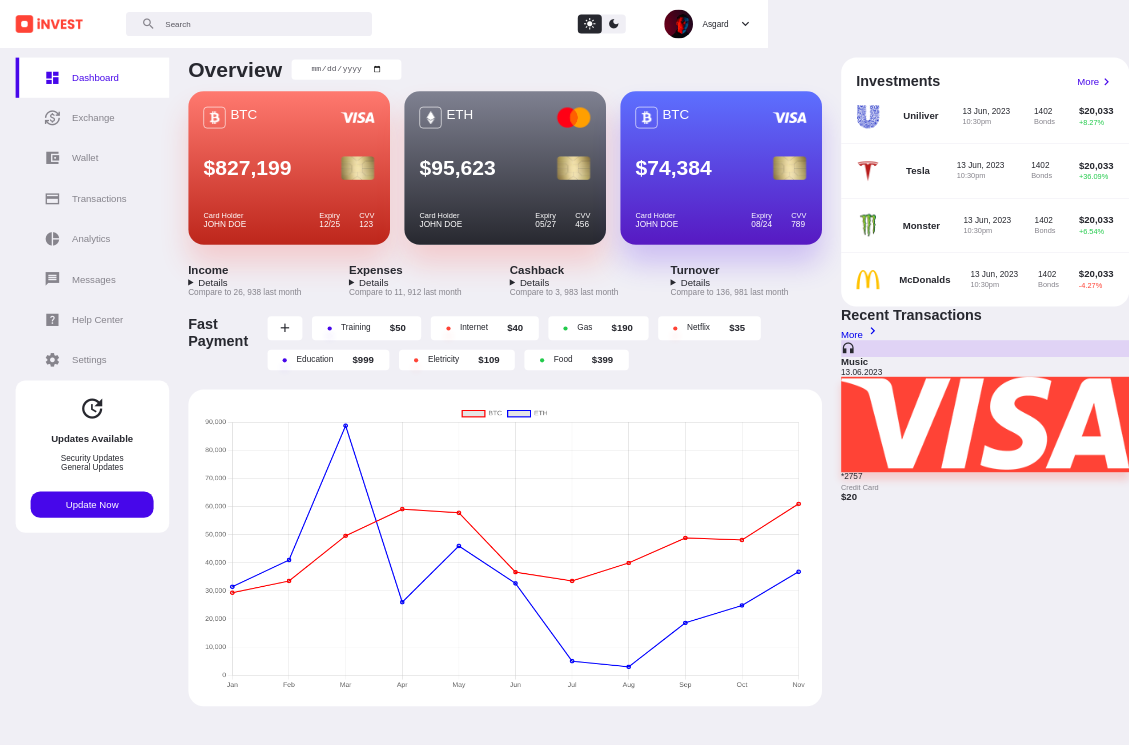
Repository: eziocdl/Admin_Dash
Page: index.html
An editor plug-in stored every save of this project. The page is shown before and after the next save, followed by the edit.
The browser window is 1280 px wide. The page is 1882 px wide, so the pictures cover 1882 px, including what lies to the right of the window. The pictures show the whole page, at 60% of full size.
Some web libraries are served in a nearby version.

Above is the page before, as saved 2023-06-15 10:42:31.

### index.html
<!DOCTYPE html>
<html lang="pt-BR">
<head>
    <meta charset="UTF-8">
    <meta http-equiv="X-UA-Compatible" content="IE=edge">
    <meta name="viewport" content="width=device-width, initial-scale=1.0">
    <title>DashBoard Responsiva</title>
    <!--MATERIAL ICONS CDN-->
    <link href="https://fonts.googleapis.com/icon?family=Material+Icons+Sharp" rel="stylesheet">
    <!--GOOGLE FONTES (POPPINS)-->
    <link rel="preconnect" href="https://fonts.googleapis.com">
<link rel="preconnect" href="https://fonts.gstatic.com" crossorigin>
<link href="https://fonts.googleapis.com/css2?family=Poppins:wght@300;400;500;600;700&display=swap"
   rel="stylesheet">
    <!--STYLESHEET-->
<link rel="stylesheet" href="style.css">
</head>
<body>
    <!--NAVEGACAO-->
    <nav>
        <div class="container">
            <img src="./images/logo.png" class="logo">
            <div class="search-bar">
                <span class="material-icons-sharp">search</span>
                <input type="search" placeholder="Search">
            </div>
            <div class="profile-area">
                <div class="theme-btn">
                    <span class="material-icons-sharp active">light_mode</span>
                    <span class="material-icons-sharp">dark_mode</span>
            </div>
            <div class="profile">
                    <div class="profile-photo">
                        <img src="./images/profile-1.jpg">
                    </div>
                    <h5>Asgard</h5>
                    <span class="material-icons-sharp">expand_more</span>
            </div>
            <button id="menu-btn">
                    <span class="material-icons-sharp">menu</span>
                </button>

            </div>

        </div>
    </nav>
    <!--FINAL DA NAVEGACAO-->

    <main>
        <aside>
            <button id="close-btn">
                <span class="material-icons-sharp">close</span>

            </button>

            <div class="sidebar">
                <a href="#" class="active">
                    <span class="material-icons-sharp">dashboard</span>
                    <h4>Dashboard</h4>
                </a>

                <a href="#">
                    <span class="material-icons-sharp">currency_exchange</span>
                    <h4>Exchange</h4>
                </a>

                <a href="#">
                    <span class="material-icons-sharp">account_balance_wallet</span>
                    <h4>Wallet</h4>
                </a>

                <a href="#">
                    <span class="material-icons-sharp">payment</span>
                    <h4>Transactions</h4>
                </a>

                <a href="#">
                    <span class="material-icons-sharp">pie_chart</span>
                    <h4>Analytics</h4>
                </a>

                <a href="#">
                    <span class="material-icons-sharp">message</span>
                    <h4>Messages</h4>
                </a>

                <a href="#">
                    <span class="material-icons-sharp">help_center</span>
                    <h4>Help Center</h4>
                </a>

                <a href="#">
                    <span class="material-icons-sharp">settings</span>
                    <h4>Settings</h4>
                </a>
            </div>
            <!------------------FINAL DO SIDEBAR------------------------------------------------>
            <div class="updates">
                <span class="material-icons-sharp">update</span>
                    <h4>Updates Available</h4>
                    <p>Security Updates</p>
                    <p>General Updates</p>
                    <a href="#">Update Now</a>
            </div>
        </aside>
        <!--FINAL DO ASIDE-->

        <section class="middle">
            <div class="header">
                <h1>Overview</h1>
                <input type="date">
            </div>

            <div class="cards">
                <div class="card">
                    <div class="top">
                        <div class="left">
                            <img src="./images/BTC.png">
                            <h2>BTC</h2>
                        </div>
                        <img src="./images/visa.png" class="right">
                    </div>

                    <div class="middle">
                             <h1>$827,199</h1>
                             <div class="chip">
                               <img src="./images/card chip.png">
                            </div>
                    </div>

                    <div class="bottom">
                        <div class="left">
                           <small>Card Holder</small>
                           <h5>JOHN DOE</h5>
                        </div>

                        <div class="right">
                            <div class="expiry">
                                <small>Expiry</small>
                                <h5>12/25</h5>
                            </div>
                            <div class="cvv">
                                <small>CVV</small>
                                <h5>123</h5>
                            </div>
                        </div>
                    </div>
                </div>
                <!-------------------FINAL DO CARTAO------------------------------------------------->
                <div class="card">
                    <div class="top">
                        <div class="left">
                            <img src="./images/ETH.png">
                            <h2>ETH</h2>
                        </div>
                        <img src="./images/master card.png" class="right">
                    </div>

                    <div class="middle">
                        <h1>$95,623</h1>
                        <div class="chip">
                            <img src="./images/card chip.png">
                        </div>
                    </div>

                    <div class="bottom">
                        <div class="left">
                           <small>Card Holder</small>
                           <h5>JOHN DOE</h5>
                        </div>

                        <div class="right">
                            <div class="expiry">
                                <small>Expiry</small>
                                <h5>05/27</h5>
                            </div>
                            <div class="cvv">
                                <small>CVV</small>
                                <h5>456</h5>
                            </div>
                        </div>
                    </div>
                </div>
                <!-------------------FINAL DO CARTAO 1------------------------------------------------->

                <div class="card">
                    <div class="top">
                        <div class="left">
                            <img src="./images/BTC.png">
                            <h2>BTC</h2>
                        </div>
                     <img src="./images/visa.png" class="right">
                    </div>

                    <div class="middle">
                        <h1>$74,384</h1>
                        <div class="chip">
                            <img src="./images/card chip.png">
                        </div>

                    </div>

                    <div class="bottom">
                        <div class="left">
                           <small>Card Holder</small>
                           <h5>JOHN DOE</h5>
                        </div>

                        <div class="right">
                            <div class="expiry">
                                <small>Expiry</small>
                                <h5>08/24</h5>
                            </div>
                            <div class="cvv">
                                <small>CVV</small>
                                <h5>789</h5>
                            </div>
                        </div>
                    </div>
                </div>
                <!-------------------FINAL DO CARTAO 2------------------------------------------------->
            </div>

            <!-------------------FINAL DOS CARDS-------------------------------------------------->
            <div class="monthly-report">
                <div class="report">
                     <h3>Income</h3>
                     <div>
                        <details>
                            <h1>29,023</h1>
                            <h6 class="success">+3.5%</h6>
                        </details>
                        <p class="text-muted">Compare to 26,
                        938 last month</p>
                     </div>
                </div>
               <!-- END OF INCOME REPORT--->
                <div class="report">
                    <h3>Expenses</h3>
                    <div>
                       <details>
                           <h1>9,005</h1>
                           <h6 class="danger">-6.5%</h6>
                       </details>
                       <p class="text-muted">Compare to 11,
                       912 last month</p>
                    </div>
               </div>
               <!-- END OF EXPENSES REPORT --->
               <div class="report">
                     <h3>Cashback</h3>
                     <div>
                        <details>
                            <h1>4,7004</h1>
                            <h6 class="success">+7.5%</h6>
                        </details>
                        <p class="text-muted">Compare to 3,
                        983 last month</p>
                     </div>
                </div>
                <!-- END OF CASHBACK REPORT --->
                <div class="report">
                     <h3>Turnover</h3>
                     <div>
                        <details>
                            <h1>118,900</h1>
                            <h6 class="danger">+17.8%</h6>
                        </details>
                        <p class="text-muted">Compare to 136,
                        981 last month</p>
                     </div>
                </div>
                <!-- END OF TURNOVER REPORT --->
            </div>

            <!--END OF MONTLY REPORT-->
            <div class="fast-payment">
                 <h2>Fast Payment</h2>
                 <div class="badges">
                      <div class="badge">
                        <span class="material-icons-sharp">
                        add</span>
                      </div>
                      <div class="badge">
                           <span class="bg-primary"></span>
                           <div>
                              <h5>Training</h5>
                              <h4>$50</h4>
                           </div>
                      </div>
                       <div class="badge">
                           <span class="bg-danger"></span>
                           <div>
                              <h5>Internet</h5>
                              <h4>$40</h4>
                           </div>
                      </div>
                      <div class="badge">
                           <span class="bg-success"></span>
                           <div>
                              <h5>Gas</h5>
                              <h4>$190</h4>
                           </div>
                      </div>
                      <div class="badge">
                           <span class="bg-danger"></span>
                           <div>
                              <h5>Netflix</h5>
                              <h4>$35</h4>
                           </div>
                      </div>
                      <div class="badge">
                           <span class="bg-primary"></span>
                           <div>
                              <h5>Education</h5>
                              <h4>$999</h4>
                           </div>
                      </div>
                      <div class="badge">
                           <span class="bg-danger"></span>
                           <div>
                              <h5>Eletricity</h5>
                              <h4>$109</h4>
                           </div>
                      </div>
                      <div class="badge">
                           <span class="bg-success"></span>
                           <div>
                              <h5>Food</h5>
                              <h4>$399</h4>
                           </div>
                      </div>
                </div>
            </div>

            <!--END OF PAYMENT---------------->

            <canvas id="chart"></canvas>

        </section>
        <!--FINAL DO MIDDLE-->
        <section class="right">
            <div class="investments">
                <div class="header">
                    <h2>Investments</h2>
                    <a href="#">More <span class="material-icons-sharp">
                        chevron_right</span></a>
                </div>

                <div class="investment">
                        <img src="./images/uniliver.png">
                        <h4>Uniliver</h4>
                        <div class="date-time">
                          <p>13 Jun, 2023</p>
                          <small class="text-muted">10:30pm</small>
                        </div>
                        <div class="bonds">
                              <p>1402</p>
                              <small class="text-muted">Bonds</small>
                        </div>
                        <div class="amount">
                              <h4>$20,033</h4>
                              <small class="success">+8.27%</small>
                        </div>
                    </div>
                    <!--END OF INVESTIMENT-->
                    <div class="investment">
                        <img src="./images/tesla.png">
                        <h4>Tesla</h4>
                        <div class="date-time">
                            <p>13 Jun, 2023</p>
                            <small class="text-muted">10:30pm</small>
                        </div>
                        <div class="bonds">
                              <p>1402</p>
                              <small class="text-muted">Bonds</small>
                        </div>
                        <div class="amount">
                              <h4>$20,033</h4>
                              <small class="success">+36.09%</small>
                        </div>
                    </div>
                    <!--END OF INVESTIMENT-->
                    <div class="investment">
                            <img src="./images/monster.png">
                            <h4>Monster</h4>
                            <div class="date-time">
                              <p>13 Jun, 2023</p>
                              <small class="text-muted">10:30pm</small>
                            </div>
                            <div class="bonds">
                              <p>1402</p>
                              <small class="text-muted">Bonds</small>
                            </div>
                            <div class="amount">
                              <h4>$20,033</h4>
                              <small class="success">+6.54%</small>
                            </div>
                    </div>
                    <!--END OF INVESTIMENT-->
                    <div class="investment">
                        <img src="./images/mcdonalds.png">
                        <h4>McDonalds</h4>
                        <div class="date-time">
                          <p>13 Jun, 2023</p>
                          <small class="text-muted">10:30pm</small>
                        </div>
                        <div class="bonds">
                              <p>1402</p>
                              <small class="text-muted">Bonds</small>
                        </div>
                        <div class="amount">
                              <h4>$20,033</h4>
                              <small class="danger">-4.27%</small>
                        </div>
                    </div>
                    <!--END OF INVESTIMENTS-->
                 </div>
            </div>
            <!--END OF INVESTIMENTS-->

            <div class="recent-transations">
                <div class="header">
                    <h2>Recent Transactions</h2>
                    <a href="#">More <span class="material-icons-sharp">chevron_right</span></a>
                </div>

                <div class="transation">
                    <div class="service">
                        <div class="icon bg-purple-light">
                            <span class="material-icons-sharp">headphones</span>
                        </div>
                        <div class="details">
                            <h4>Music</h4>
                            <p>13.06.2023</p>
                        </div>
                    </div>
                    <div class="card-details">
                        <div class="card bg-danger">
                            <img src="./images/visa.png">
                        </div>
                        <div class="details">
                            <P>*2757</P>
                             <small class="text-muted">Credit Card</small>
                        </div>
                    </div>
                    <h4>$20</h4>
                </div>
                <!--END OF RECENT TRANSATION-->
            </div>
        </section>
         <!--FINAL DO MIDDLE-->
    </main>
    <!--===========================FINAL DO ASIDE======================================================-->

    <script src="https://cdnjs.cloudflare.com/ajax/libs/Chart.js/3.6.0/chart.min.js"
     integrity="sha512-GMGzUEevhWh8Tc/njS0bDpwgxdCJLQBWG3Z2Ct+JGOpVnEmjvNx6ts4v6A2XJf1HOrtOsfhv3hBKpK9kE5z8AQ=="
     crossorigin="anonymous" referrerpolicy="no-referrer">
    </script>

    <script src="./main.js"></script>
</body>
</html>

Loaded but not shown: main.js (30 lines, source omitted); style.css (565 lines, source omitted)

After the next save:
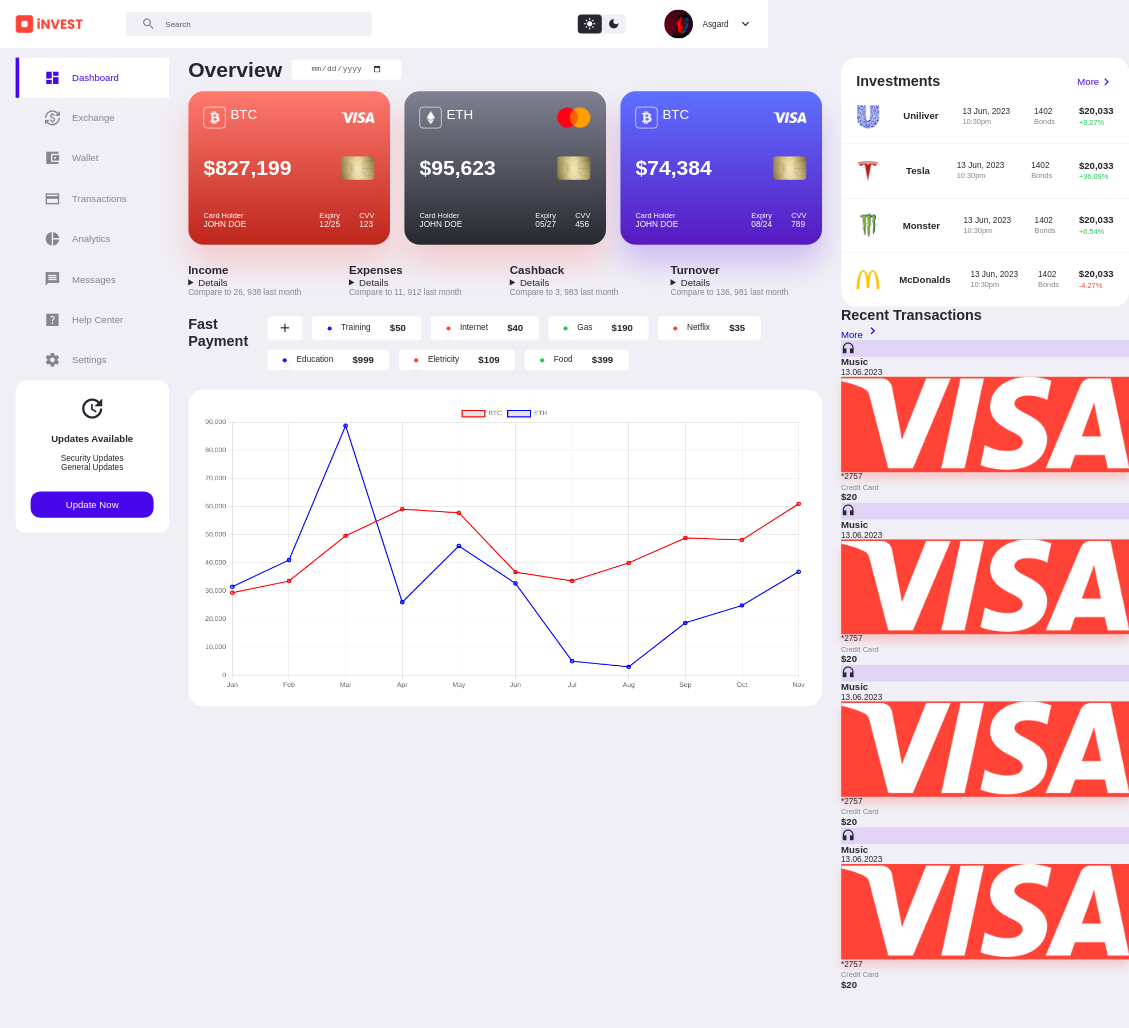
Saved 11 min 24 s later.
--- a/index.html
+++ b/index.html
@@ -447,7 +447,74 @@
                     <h4>$20</h4>
                 </div>
                 <!--END OF RECENT TRANSATION-->
-            </div>
+                <div class="transation">
+                    <div class="service">
+                        <div class="icon bg-purple-light">
+                            <span class="material-icons-sharp">headphones</span>
+                        </div>
+                        <div class="details">
+                            <h4>Music</h4>
+                            <p>13.06.2023</p>
+                        </div>
+                    </div>
+                    <div class="card-details">
+                        <div class="card bg-danger">
+                            <img src="./images/visa.png">
+                        </div>
+                        <div class="details">
+                            <P>*2757</P>
+                             <small class="text-muted">Credit Card</small>
+                        </div>
+                    </div>
+                    <h4>$20</h4>
+                </div>
+                <!--END OF RECENT TRANSATION-->
+                <div class="transation">
+                    <div class="service">
+                        <div class="icon bg-purple-light">
+                            <span class="material-icons-sharp">headphones</span>
+                        </div>
+                        <div class="details">
+                            <h4>Music</h4>
+                            <p>13.06.2023</p>
+                        </div>
+                    </div>
+                    <div class="card-details">
+                        <div class="card bg-danger">
+                            <img src="./images/visa.png">
+                        </div>
+                        <div class="details">
+                            <P>*2757</P>
+                             <small class="text-muted">Credit Card</small>
+                        </div>
+                    </div>
+                    <h4>$20</h4>
+                </div>
+                <!--END OF RECENT TRANSATION-->
+                <div class="transation">
+                    <div class="service">
+                        <div class="icon bg-purple-light">
+                            <span class="material-icons-sharp">headphones</span>
+                        </div>
+                        <div class="details">
+                            <h4>Music</h4>
+                            <p>13.06.2023</p>
+                        </div>
+                    </div>
+                    <div class="card-details">
+                        <div class="card bg-danger">
+                            <img src="./images/visa.png">
+                        </div>
+                        <div class="details">
+                            <P>*2757</P>
+                             <small class="text-muted">Credit Card</small>
+                        </div>
+                    </div>
+                    <h4>$20</h4>
+                </div>
+                <!--END OF RECENT TRANSATION-->
+            </div>
+            <!-------------------------------END OF RECENT OF TRANSATION------------------------------------------------------------------>
         </section>
          <!--FINAL DO MIDDLE-->
     </main>
